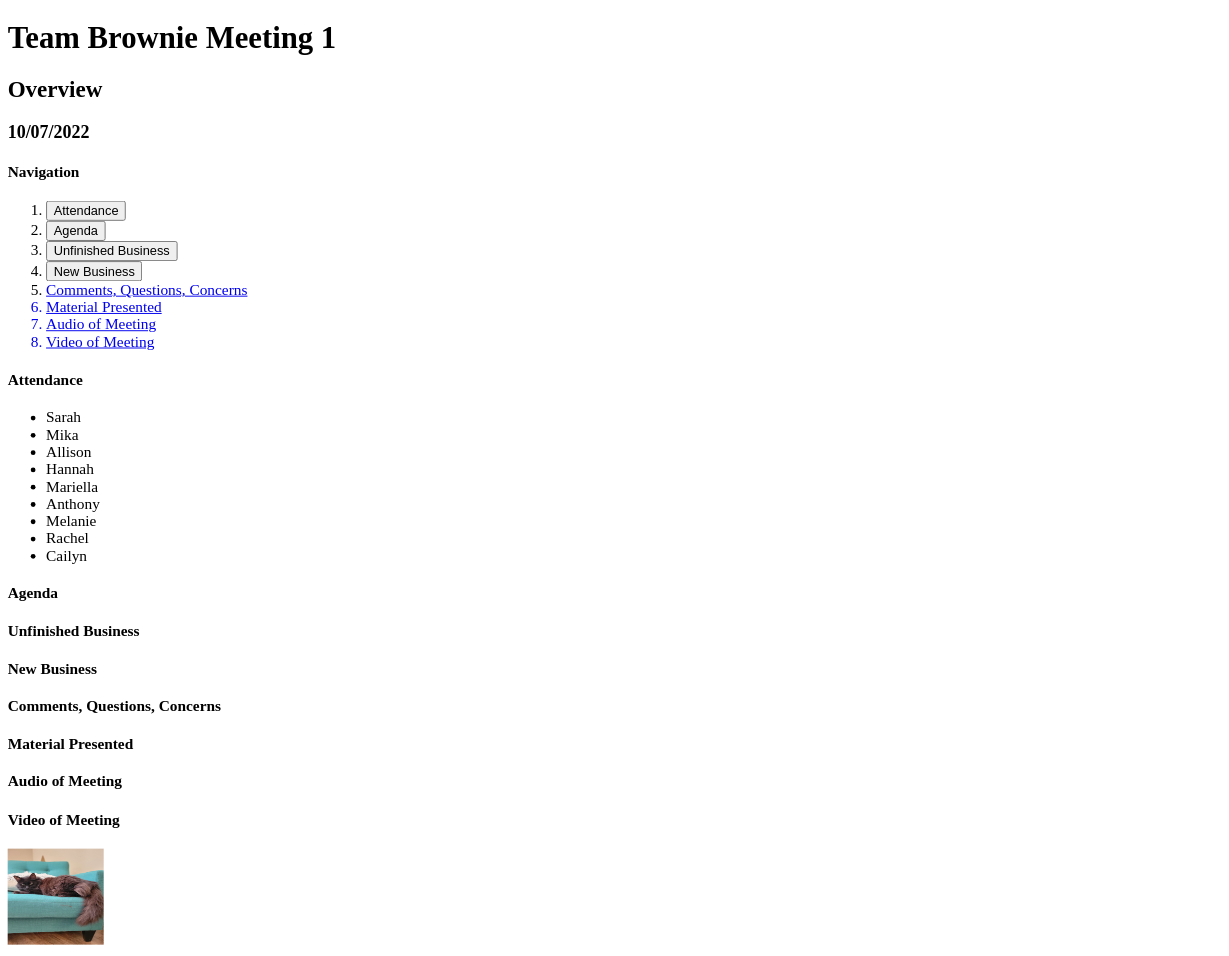
Repository: sarahtthomson/fa22-cse110-lab3
Page: index.html
These files come from the project's save history. The page is drawn as it stood at one moment and after the next save; the edit follows.
The browser window is 1280 px wide. The pictures show the whole page, at 96% of full size.

Above is the page before, as saved 2022-10-07 16:30:21.

After the next save:
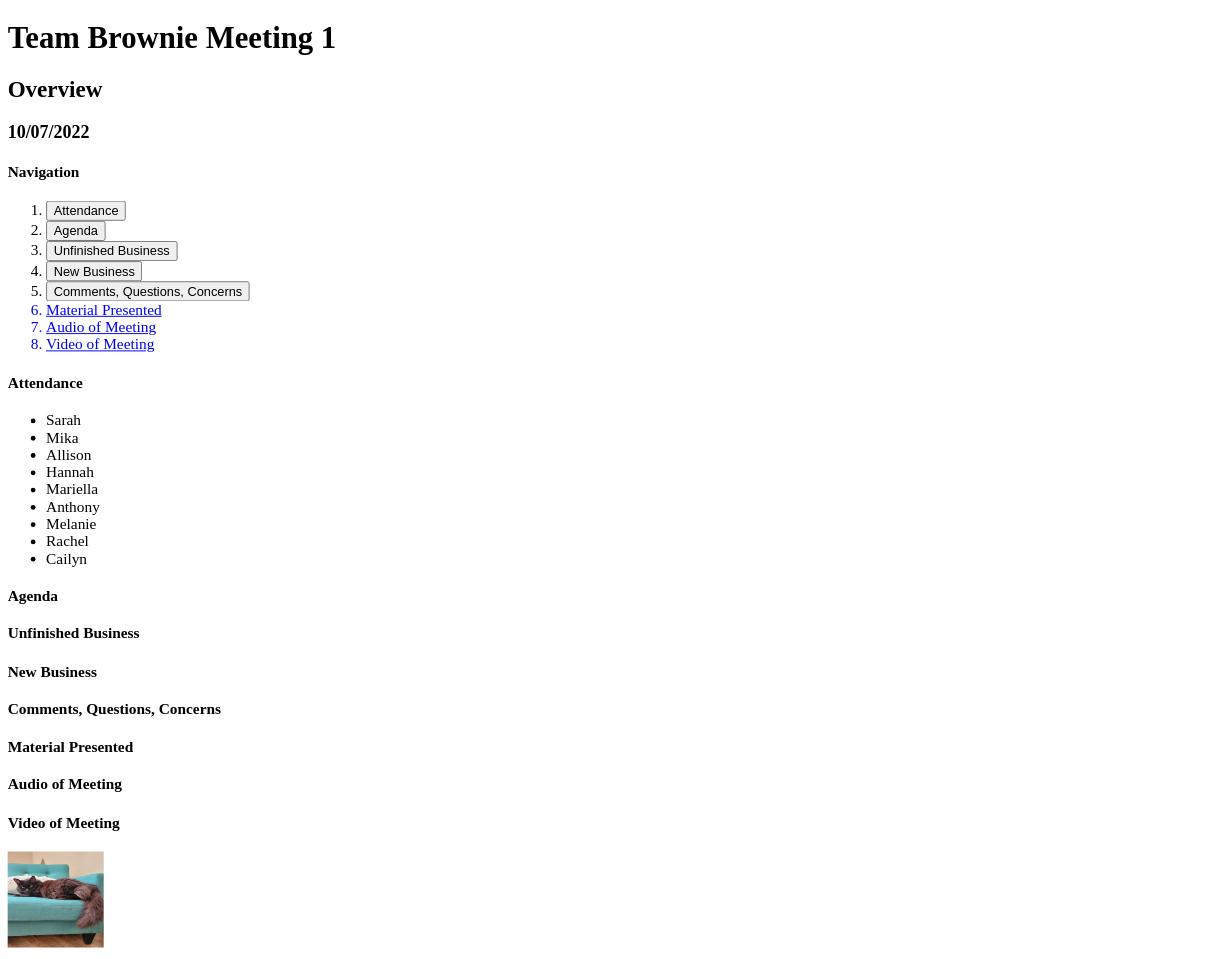
Saved 21 s later.
--- a/index.html
+++ b/index.html
@@ -19,7 +19,7 @@
                     <li><a href="#Agenda"><button type="button">Agenda</button></a></li>
                     <li><a href="#Unfinished Business"><button type="button">Unfinished Business</button></a></li>
                     <li><a href="#New Business"><button type="button">New Business</button></a></li>
-                    <li><a href="#Comments">Comments, Questions, Concerns</button></a></li>
+                    <li><a href="#Comments"><button type="button">Comments, Questions, Concerns</button></a></li>
                     <a href="#Material" class="btn"><li>Material Presented</li></a>
                     <a href="#Audio" class="btn"><li>Audio of Meeting</li></a>
                     <a href="#Video" class="btn"><li>Video of Meeting</li></a>
